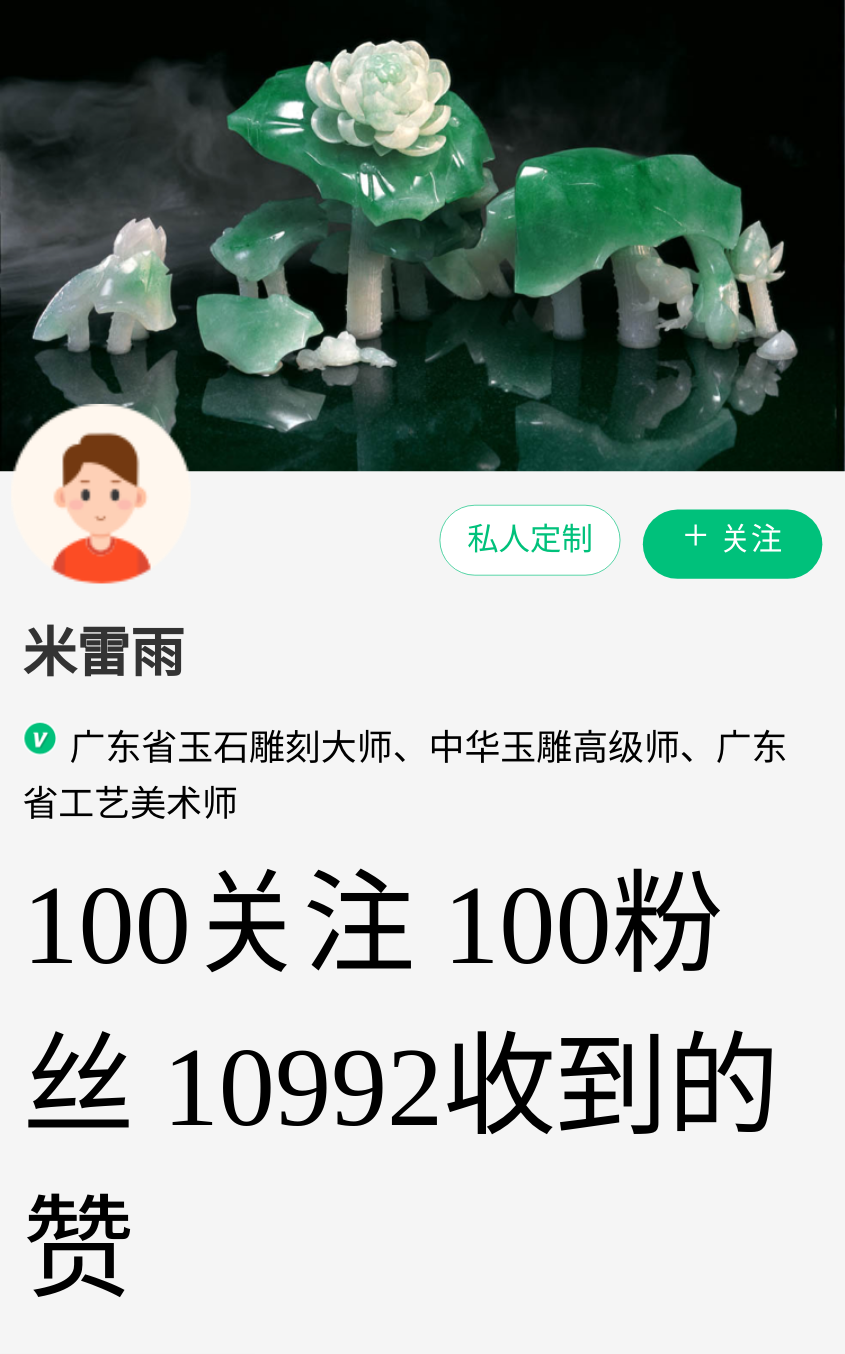
Repository: 1yanglulu/-
Page: html/jadecarvemaincenter.html
These files come from the project's save history. The page is drawn as it stood at one moment and after the next save; the edit follows.
The browser window is 1280 px wide. The pictures show the whole page, at 66% of full size.

Above is the page before, as saved 2020-01-07 14:27:17.

### html/jadecarvemaincenter.html
<!DOCTYPE html>
<html lang="en">
<head>
  <meta charset="UTF-8">
  <meta name="viewport" content="width=device-width, user-scalable=no, initial-scale=1.0, maximum-scale=1.0, minimum-scale=1.0">
  <meta http-equiv="X-UA-Compatible" content="ie=edge">
  <title>玉雕师详情</title>
  <link rel="stylesheet" href="../css/common.css">
  <link rel="stylesheet" href="../css/jadecarvemaincenter.css">
</head>
<body class="bac-color">
  <div class="jade-main-center">
    <div class="top-banner">
      <img src="../images/mainbac.png" alt="" class="banner-bac">
    </div>
    <div class="avatar-box">
      <img src="../images/defaultImg.png" alt="" class="default-img">
      <div class="btn-box fn">
        <a href="javascript:void(0);" class="self-made">私人定制</a>
        <div class="follow-btn"><span class="add-icon">+</span>关注</div>
      </div>
      <div class="jade-name">
        米雷雨
      </div>
      <div class="jade-introduce fn">
        <img src="../images/vipicon.png" alt="vip" class="vip-icon">
        <span class="touxian">广东省玉石雕刻大师、中华玉雕高级师、广东省工艺美术师</span>
      </div>
      <div class="jade-hot-num">
        <span>100</span>关注
        <span>100</span>粉丝
        <span>10992</span>收到的赞
      </div>
    </div>
  </div>
  <script src="../js/jquery-3.3.1.min.js"></script>
  <script src="../js/rem.js"></script>
  <script src="../js/jadecarvemaincenter.js"></script>
  <script></script>
</body>
</html>

### css/common.css
h2,body,div,html,ul,li,a,img{
  margin: 0;
  padding: 0;
}
a,img{
  display:block;
}
.fn{
  font-size:0;
}
ul{
  margin-block-start: 0;
  margin-block-end: 0;
  padding-inline-start: 0;
}
ul li{
  list-style: none;
}
a{
  text-decoration: none;
}
.clearfix:after{/*伪元素是行内元素 正常浏览器清除浮动方法*/
  content: "";
  display: block;
  height: 0;
  clear:both;
  visibility: hidden;
}
.clearfix{
  *zoom: 1;/*ie6清除浮动的方式 *号只有IE6-IE7执行，其他浏览器不执行*/
}
.fl{
  float: left;
}
.fr{
  float:right;
}
.bac-color{
  /* background:rgb(248,248,248); */
  background: #f5f5f5;
}

### css/jadecarvemaincenter.css
.jade-main-center{
  width: 100%;
}
.banner-bac{
  width: 100%;
  height: 4.2rem;
  display: block
}
.default-img{
  width: 1.6rem;
  height: 1.6rem;
}
.avatar-box{
  position: relative;
}
.default-img{
  position: absolute;
  left:.1rem;
  top:-.6rem;

}
.avatar-box{
  padding:0 .2rem 0.3rem;
}
.btn-box{
  text-align: right;
  padding: .3rem 0;
}
.self-made{
  display: inline-block;
  padding: 0 .24rem;
  text-align: center;
  line-height: .62rem;
  border: 1px solid #00C17B;
  border-radius:.33rem;
  background: #fff;
  font-size: .28rem;
  color: #00C17B;
  margin-right: .2rem;
}
.follow-btn{
  width: 1.6rem;
  height: .62rem;
  text-align: center;
  background: #00C17B;
  border-radius:.33rem;
  font-size: .28rem;
  color: #FFFFFF;
  display: inline-block;
}
.add-icon{
  font-size: .4rem;
  color: #FFFFFF;
  margin-right: .1rem;
}
.jade-name{
  font-size: .48rem;
  color: #333333;
  line-height: .58rem;
  text-align: left;
  margin-top: .08rem;
  font-weight: bold;
  margin-bottom: .3rem;
}
.jade-introduce{
}
.vip-icon{
  width: .32rem;
  height: .32rem;
  display: inline-block;
  margin-right: .1rem;
}
.touxian{
  font-size: .32rem;
  color: #000000;
  vertical-align: top;
  line-height: .5rem;
}

### js/rem.js
(function (doc, win) {
    var docEl = doc.documentElement,
        resizeEvt = 'orientationchange' in window ? 'orientationchange' : 'resize',
        recalc = function () {
            var clientWidth = docEl.clientWidth;
            if (!clientWidth) return;
            docEl.style.fontSize =Math.floor(100*(clientWidth / 750))+ 'px';
        };
    if (!doc.addEventListener) return;
    win.addEventListener(resizeEvt, recalc, false);
    doc.addEventListener('DOMContentLoaded', recalc, false);
})(document,window);

Loaded but not shown: js/jquery-3.3.1.min.js (library); js/jadecarvemaincenter.js (no stored copy; drawn as an empty file)

After the next save:
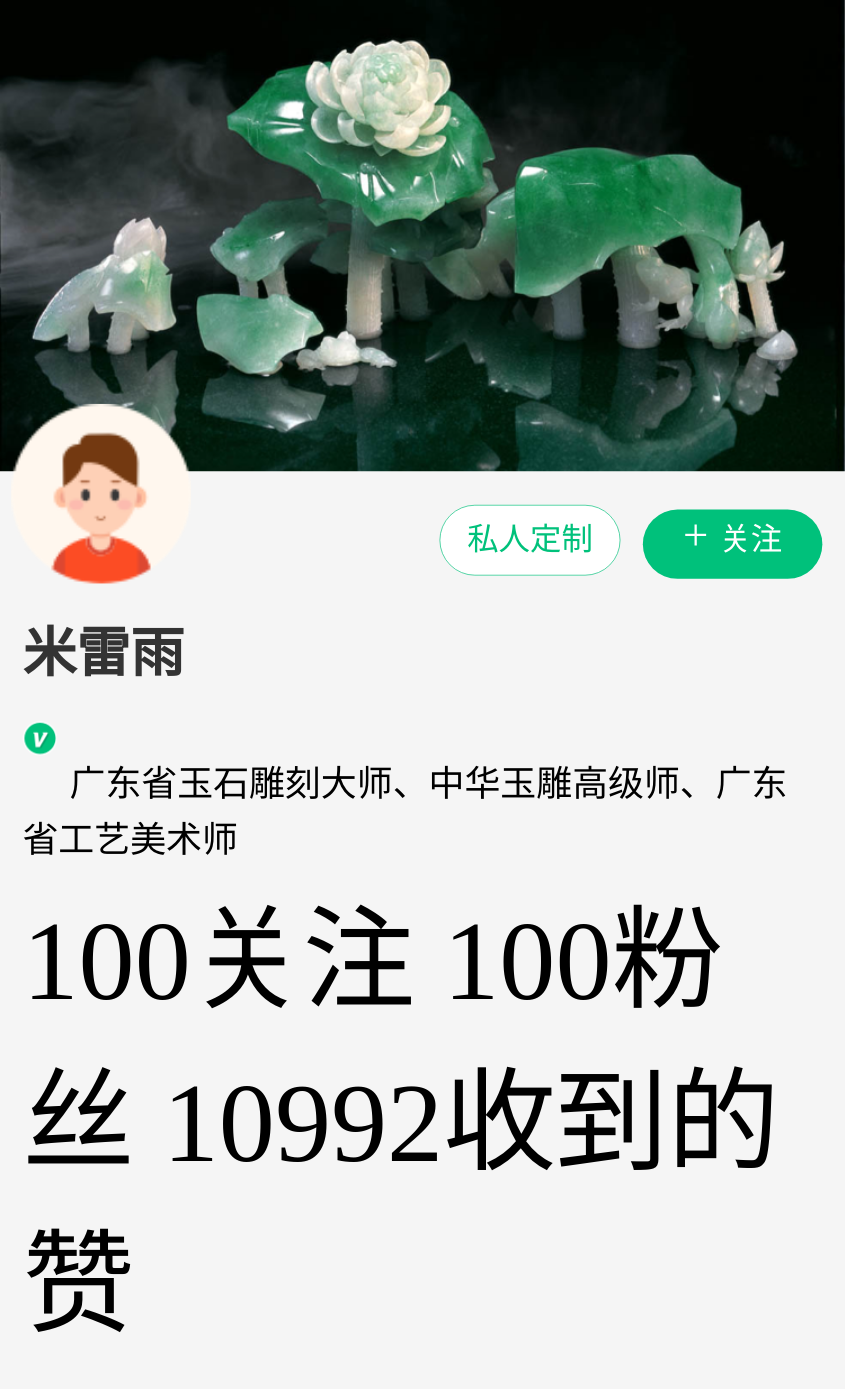
Saved 21 s later.
--- a/css/jadecarvemaincenter.css
+++ b/css/jadecarvemaincenter.css
@@ -73,6 +73,6 @@
 .touxian{
   font-size: .32rem;
   color: #000000;
-  vertical-align: top;
+  vertical-align: text-top;
   line-height: .5rem;
 }

After the save that followed:
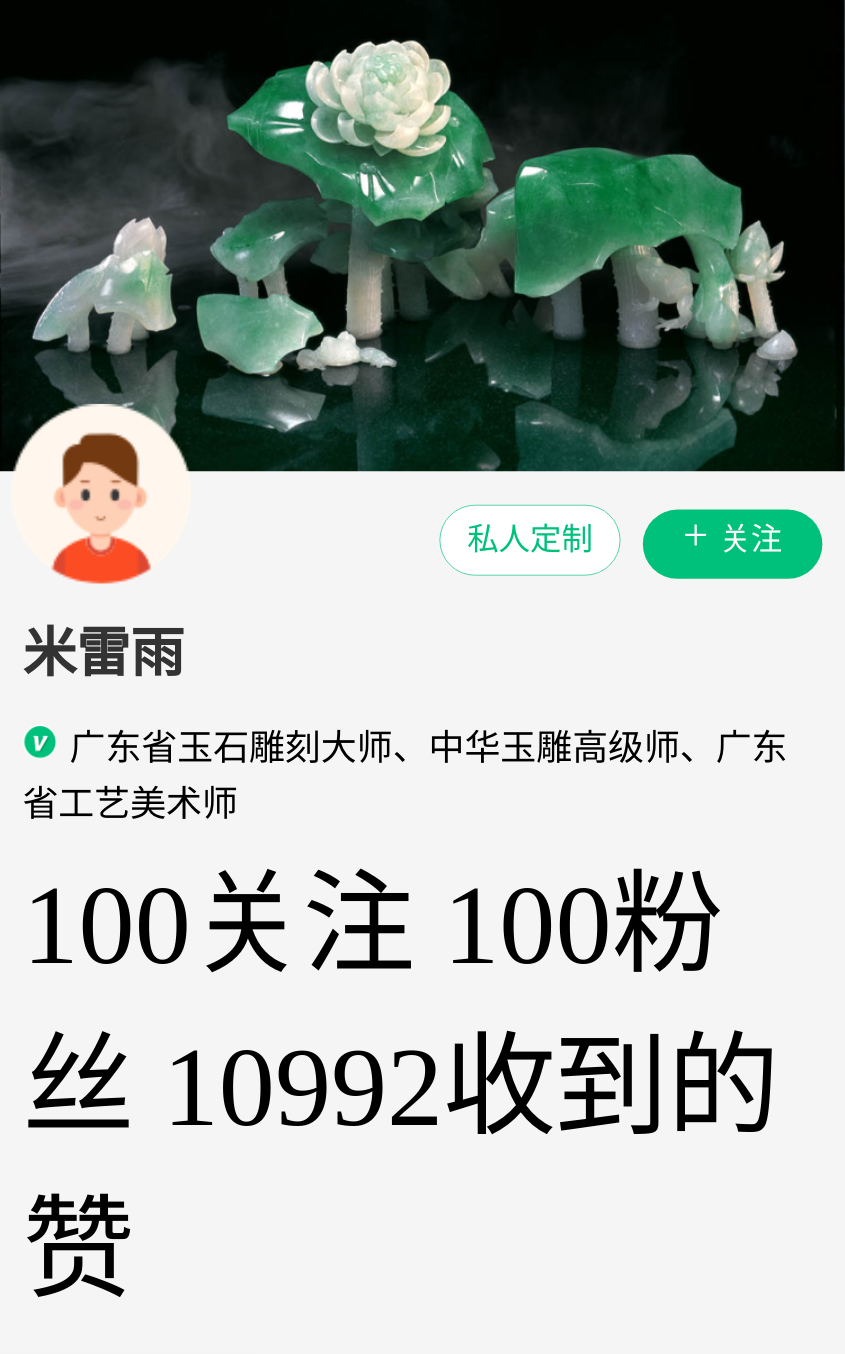
Saved 47 s later.
--- a/css/jadecarvemaincenter.css
+++ b/css/jadecarvemaincenter.css
@@ -73,6 +73,6 @@
 .touxian{
   font-size: .32rem;
   color: #000000;
-  vertical-align: text-top;
+  vertical-align: baseline;
   line-height: .5rem;
 }
